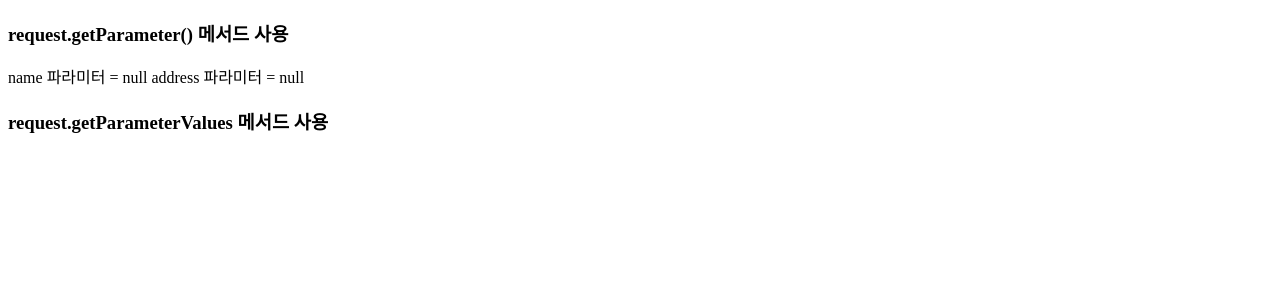
Repository: coolSummer1119/study
Page: http://localhost/ch03_Jsp/ch03_nestedObject/s04_viewParameter.jsp
An editor plug-in stored every save of this project. The page is shown before and after the next save, followed by the edit.
The browser window is 1280 px wide. The pictures show the whole page.
The page is served by Tomcat 9.

Above is the page before, as saved 2024-04-23 01:08:44.

After the next save:
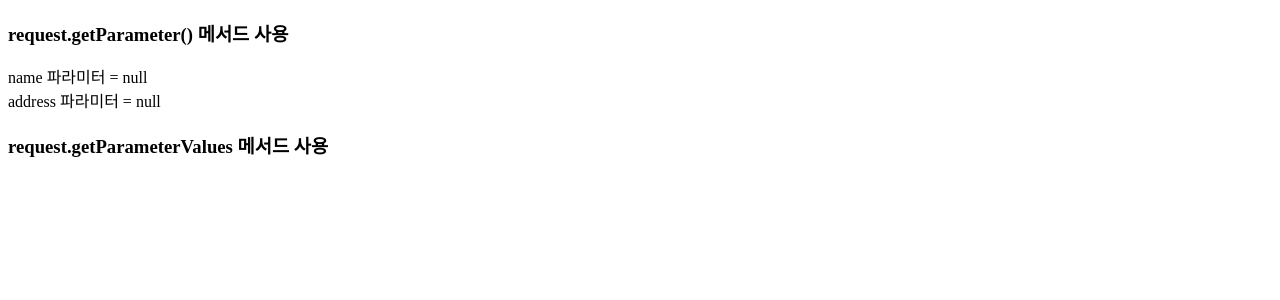
Saved 64 s later.
--- a/workspace/ch03_Jsp/src/main/webapp/ch03_nestedObject/s04_viewParameter.jsp
+++ b/workspace/ch03_Jsp/src/main/webapp/ch03_nestedObject/s04_viewParameter.jsp
@@ -12,7 +12,7 @@
 </head>
 <body>
 <h3>request.getParameter() 메서드 사용</h3>
-name 파라미터 = <%= request.getParameter("name")  %>
+name 파라미터 = <%= request.getParameter("name")  %> <br>
 address 파라미터 = <%= request.getParameter("addres")  %>
 
 <h3>request.getParameterValues 메서드 사용</h3>
